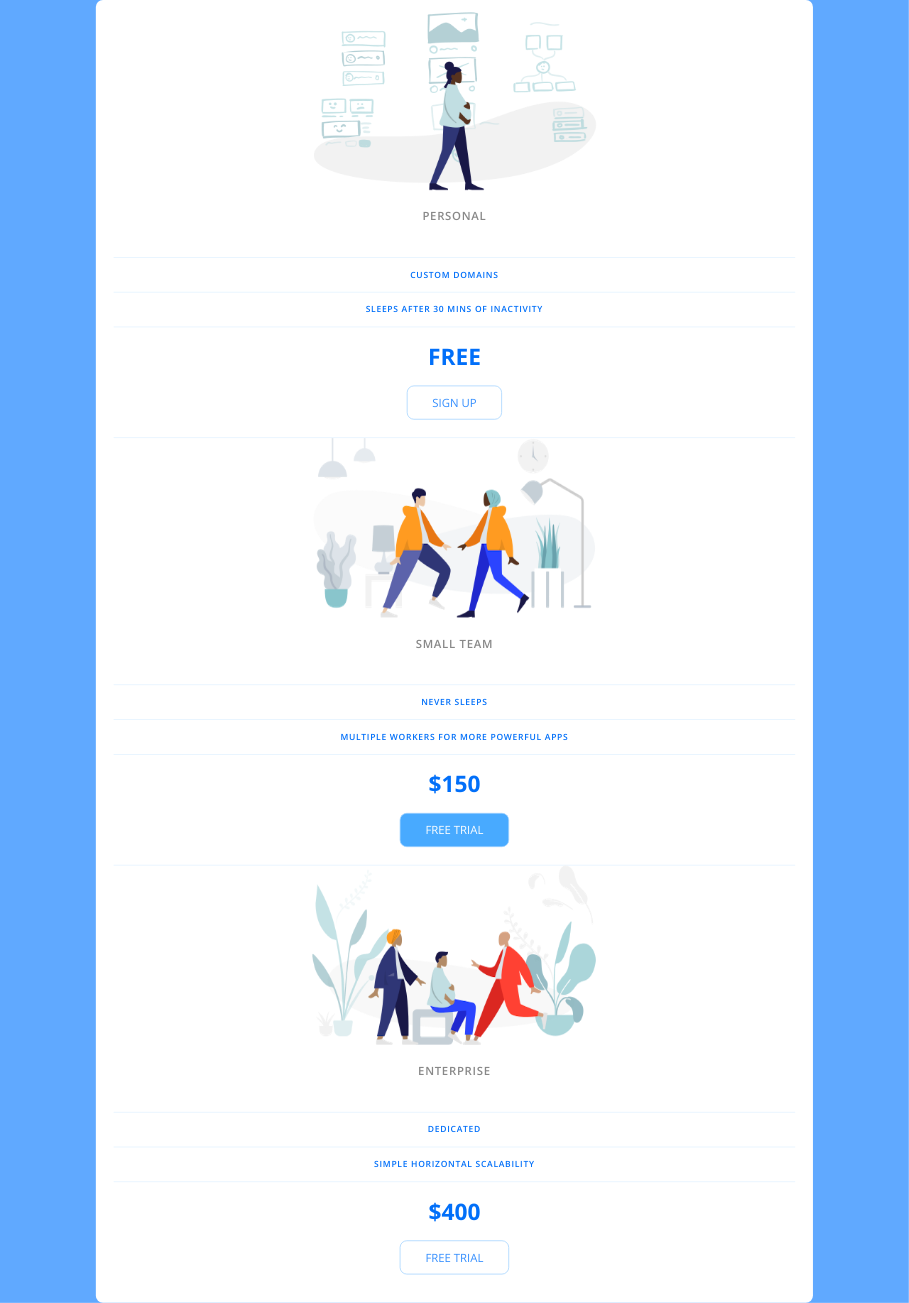
Repository: patrik-fredlund/pricing_panel_udemy
Page: PriceTableStarter/index.html
The author's editor kept a copy of each file at every save. The page is drawn from the files as they stood at one save, then again after the next save.
The browser window is 1280 px wide. The pictures show the whole page, at 71% of full size.

Above is the page before, as saved 2021-06-27 13:57:17.

After the next save:
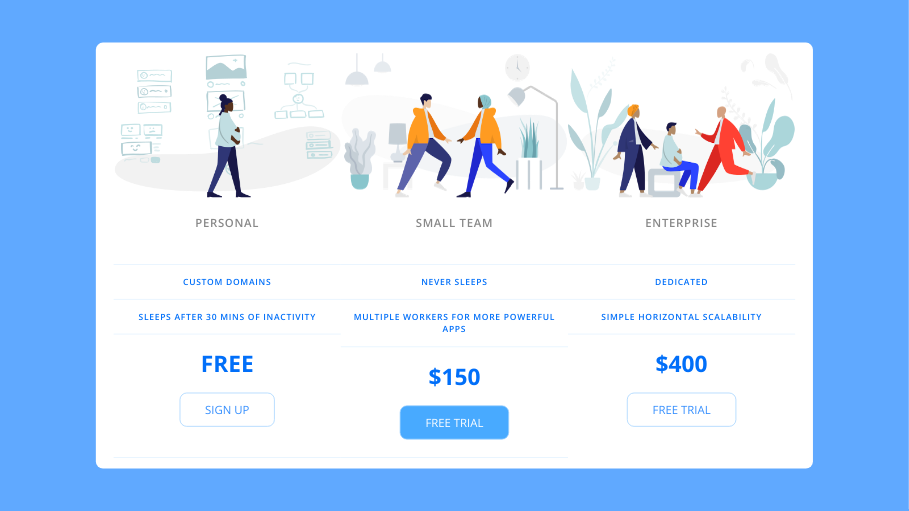
Saved 2 min 55 s later.
--- a/PriceTableStarter/app.css
+++ b/PriceTableStarter/app.css
@@ -148,3 +148,10 @@ background-color: #e1f1ff;
     background-color: #269aff;
     color: white ;
 }
+
+
+@media (min-width: 960px) {
+    .panel {
+        flex-direction: row;
+    }
+}
